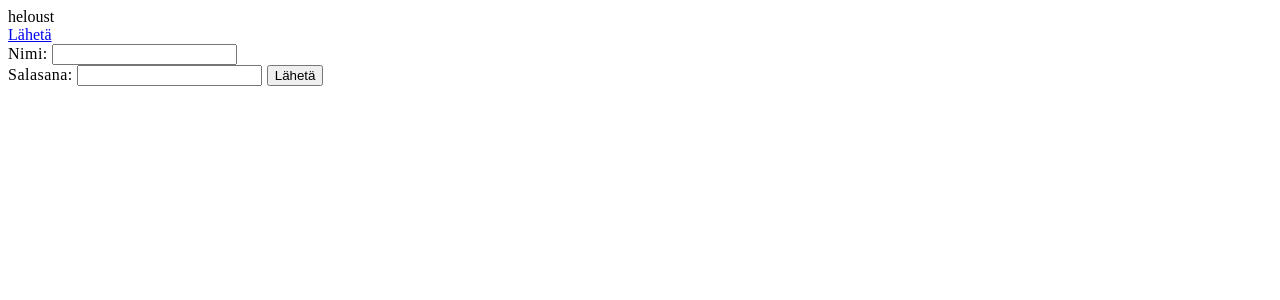
Repository: sirkian/ohj2-t4
Page: http://localhost/Kommunikaatio/
These files come from the project's save history. The page is drawn as it stood at one moment and after the next save; the edit follows.
The browser window is 1280 px wide. The pictures show the whole page.
The page is served by Tomcat 9.

Above is the page before, as saved 2022-03-19 14:05:04.

After the next save:
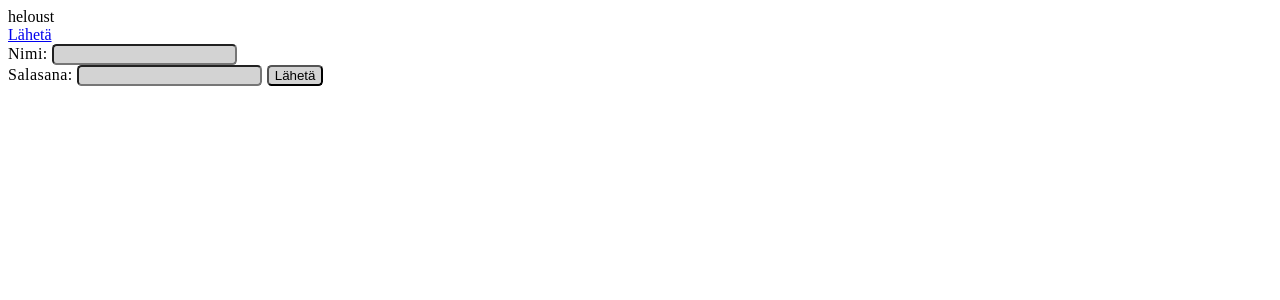
Saved 16 s later.
--- a/Kommunikaatio/src/main/webapp/index.jsp
+++ b/Kommunikaatio/src/main/webapp/index.jsp
@@ -9,6 +9,10 @@
 body {
 	display: flex;
 	flex-direction: column;
+}
+input {
+	background: lightgrey;
+	border-radius:0.35em;
 }
 .nimi {
 
